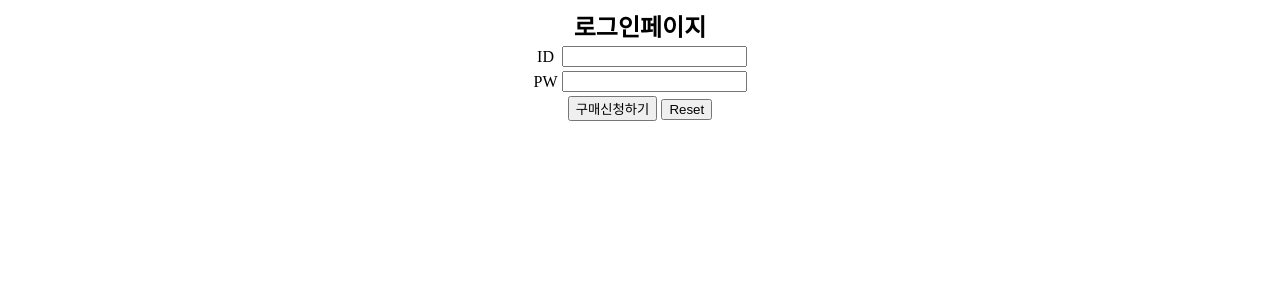
Repository: leejonggwon/Amora-Project
Page: http://localhost/MemberSystem_MVC2/login.jsp
The author's editor kept a copy of each file at every save. The page is drawn from the files as they stood at one save, then again after the next save.
The browser window is 1280 px wide. The pictures show the whole page.
The page is served by Tomcat 9. Other server files are loaded and not shown.

Above is the page before, as saved 2023-07-24 03:31:13.

### 04.Server/MemberSystem_MVC2/src/main/webapp/login.jsp
<%@ page language="java" contentType="text/html; charset=EUC-KR"
	pageEncoding="EUC-KR"%>
<!DOCTYPE html>
<html>
<head>
<meta charset="EUC-KR">
<title>Insert title here</title>
<style type="text/css">
#wrap, h2, table {
	margin: auto;
	text-align: center;
}
</style>
</head>
<body>
	<div id="wrap">
		<h2>로그인페이지</h2>
		<form action="LoginService" method="post">
			<table>
				<tr>
					<td>ID</td>
					<td><input type="text" name="id"></td>
				</tr>
				<tr>
					<td>PW</td>
					<td><input type="password" name="pw"></td>
				</tr>

				<tr>
					<td colspan="2"><input type="submit" value="구매신청하기"> <input
						type="reset"></td>
				</tr>

			</table>
		</form>
	</div>
</body>
</html>

After the next save:
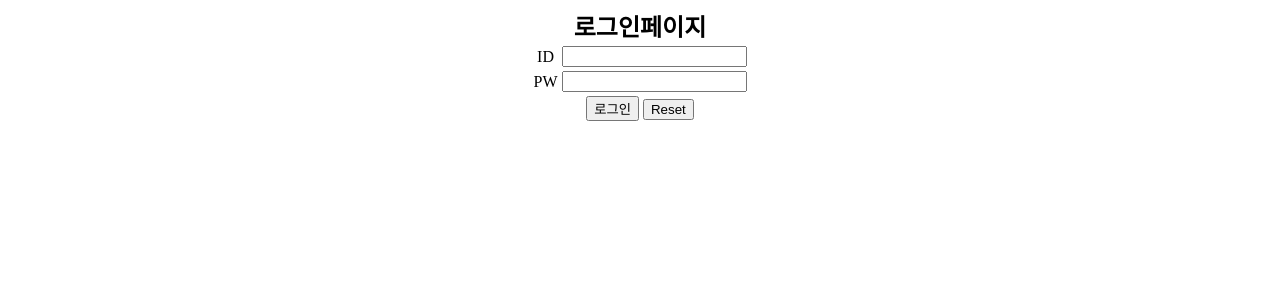
Saved 3 min 39 s later.
--- a/04.Server/MemberSystem_MVC2/src/main/webapp/login.jsp
+++ b/04.Server/MemberSystem_MVC2/src/main/webapp/login.jsp
@@ -27,7 +27,7 @@
 				</tr>
 
 				<tr>
-					<td colspan="2"><input type="submit" value="구매신청하기"> <input
+					<td colspan="2"><input type="submit" value="로그인"> <input
 						type="reset"></td>
 				</tr>
 
